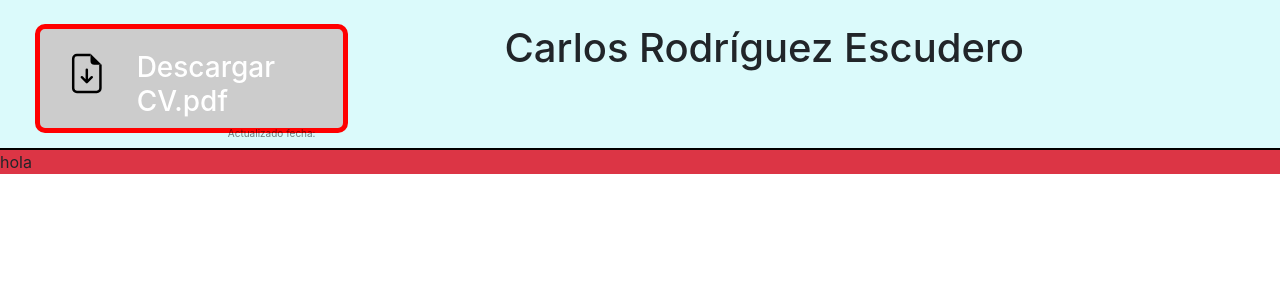
Repository: CarlosRoEs/CarlosWebCV
Page: index.html
The author's editor kept a copy of each file at every save. The page is drawn from the files as they stood at one save, then again after the next save.
The browser window is 1280 px wide. The pictures show the whole page.
The style sheet was rebuilt from its Sass, Less or Tailwind sources for each picture, by a compiler version that may differ from the author's.

Above is the page before, as saved 2020-09-15 16:27:15.

After the next save:
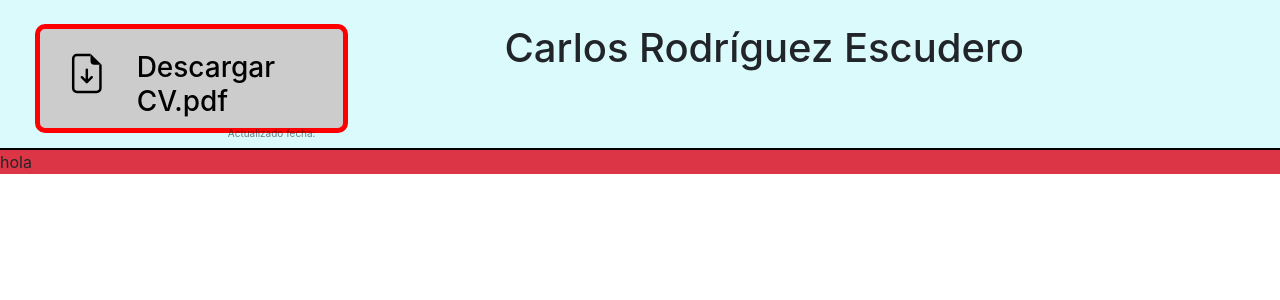
Saved 5 s later.
--- a/Sass/header.scss
+++ b/Sass/header.scss
@@ -11,7 +11,7 @@
     background-color: rgba(175, 244, 247, 0.446);
 
     h3{
-
+        color: black;
     }
     h1{
         margin-top: 5px;
